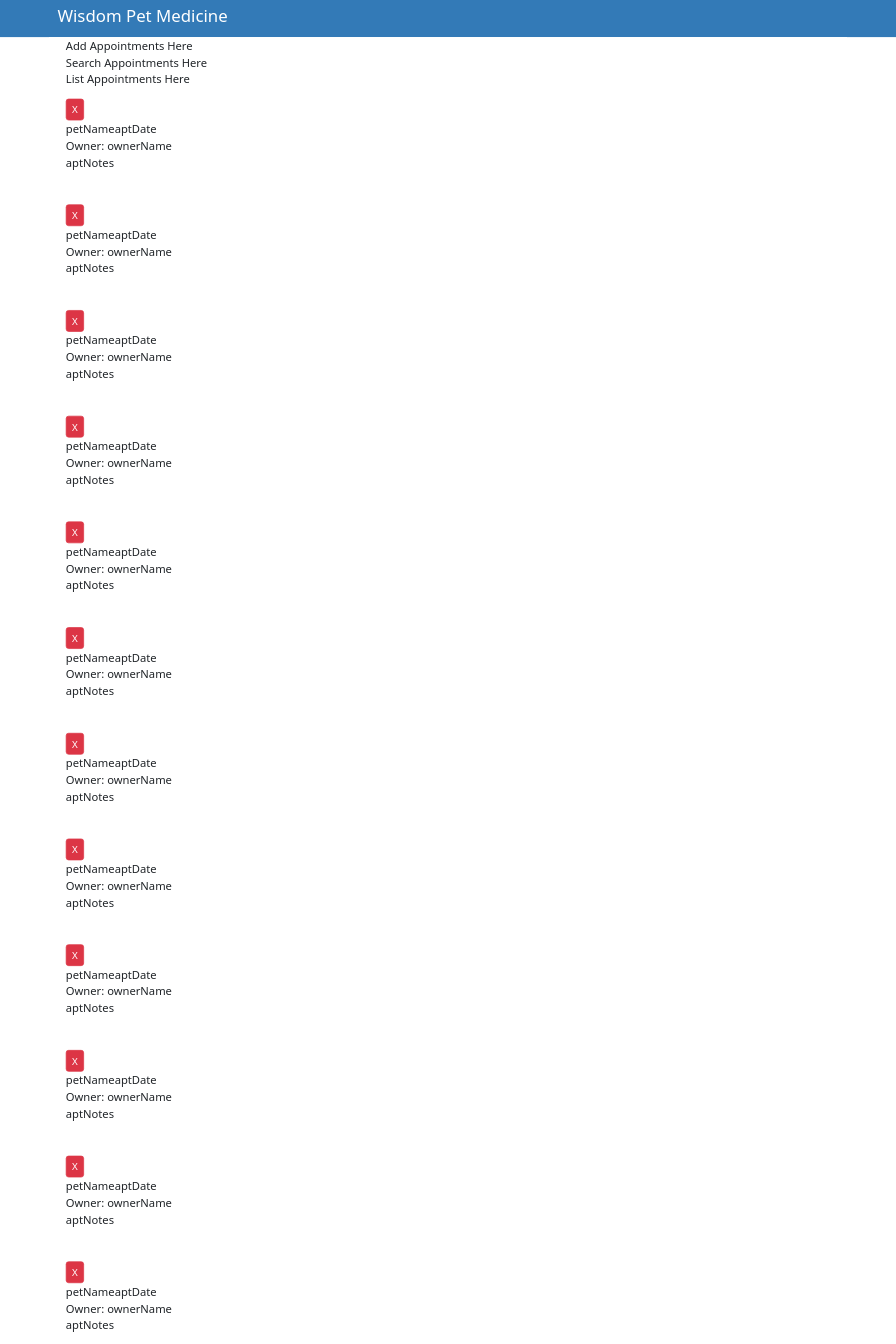
Repository: DevLuDaley/reactinterface
Page: /
These files come from the project's save history. The page is drawn as it stood at one moment and after the next save; the edit follows.
The browser window is 1280 px wide. The pictures show the part of the page from y = 0 to 1920 px (the page is 3954 px tall), at 70% of full size.
The project was rebuilt for these pictures with package versions that can differ from the ones it lists, and the page was loaded fresh each time. Also part of the build but not shown: src/css/App.css.

Above is the page before, as saved 2021-02-04 18:06:48.

After the next save:
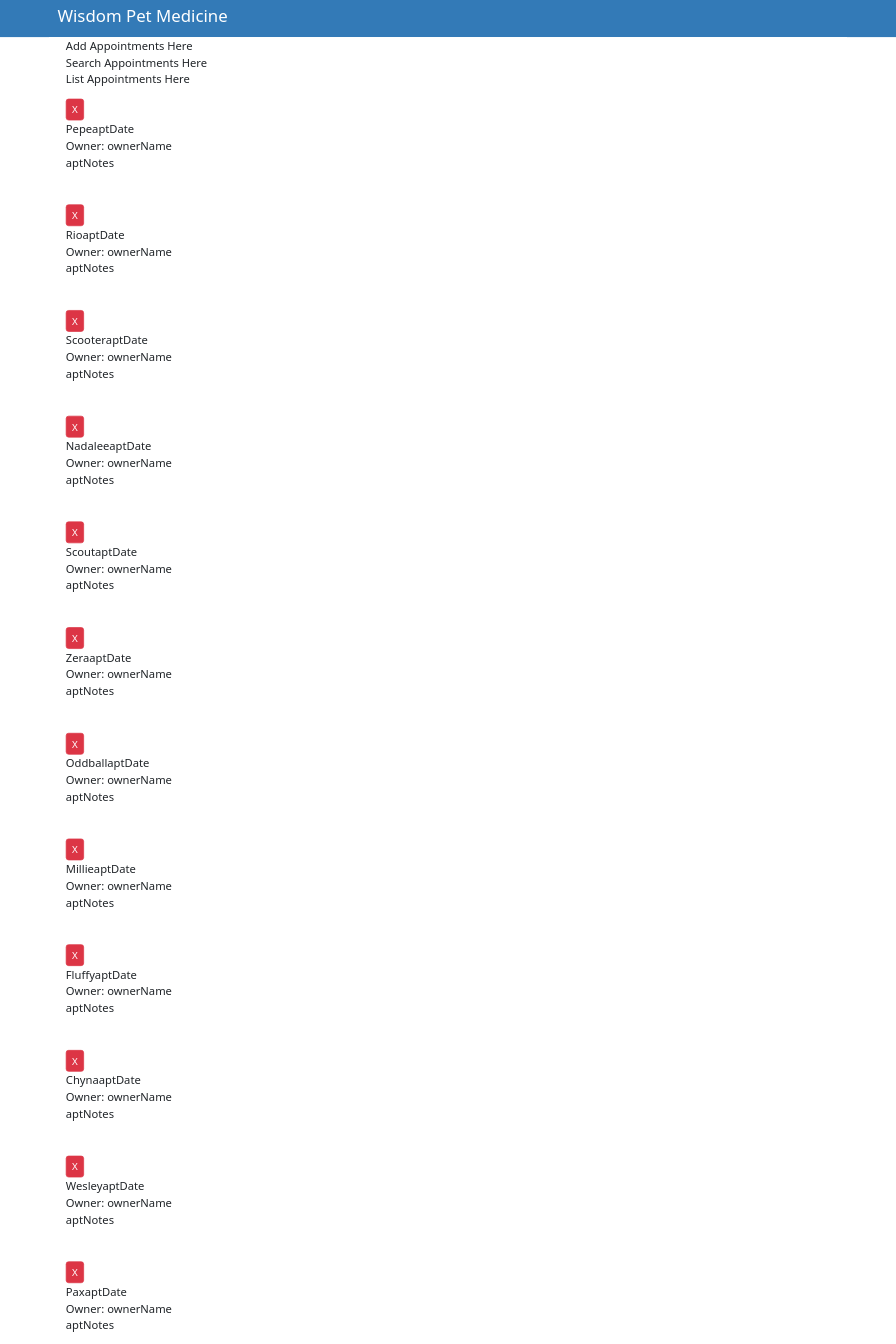
Saved 3 min 29 s later.
--- a/src/components/ListAppointments.js
+++ b/src/components/ListAppointments.js
@@ -29,7 +29,7 @@ class ListAppointments extends Component {
 
             <div className="pet-info media-body">
               <div className="pet-head d-flex">
-                <span className="pet-name">petName</span>
+                <span className="pet-name">{item.petName}</span>
                 <span className="apt-date ml-auto">aptDate</span>
               </div>
 
